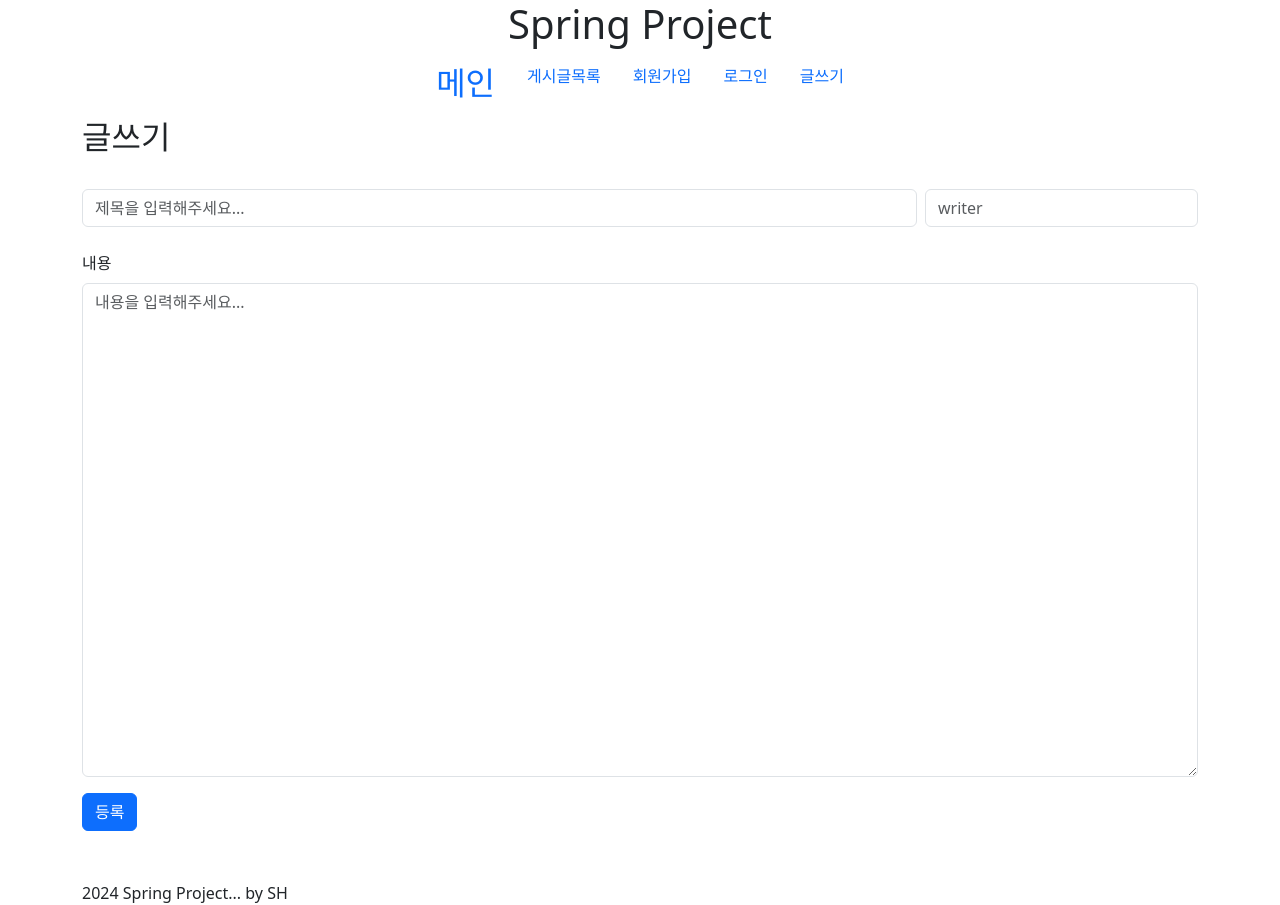
Repository: dtkd19/spring_personal_project
Page: http://localhost/myproject/WEB-INF/views/board/register.jsp
The author's editor kept a copy of each file at every save. The page is drawn from the files as they stood at one save, then again after the next save.
The browser window is 1280 px wide. The pictures show the whole page.
The page is served by Tomcat 9. Nobody is signed in. Other server files are loaded and not shown. The template is opened directly, without the code that normally fills it, so the values that code supplies are empty.

Above is the page before, as saved 2024-11-07 02:08:27.

### myproject/src/main/webapp/WEB-INF/views/board/register.jsp
<%@ page language="java" contentType="text/html; charset=UTF-8"
	pageEncoding="UTF-8"%>
<%@ taglib uri="http://java.sun.com/jsp/jstl/core" prefix="c"%>

<jsp:include page="../layout/header.jsp" />

<div class="container-md">
	<h2>글쓰기</h2> <br>
	<form action="/board/register" method="post">
		<div class="row g-2">
		  <div class="col-sm-9">
		   <input type="text"class="form-control" id="t" name="title" placeholder="제목을 입력해주세요...">
		  </div>
		  <div class="col-sm">
		    <input type="text" class="form-control" id="w" name="writer" placeholder="writer">
		  </div>
		</div>
		<div class="mb-3">
		<br>
			<label for="c" class="form-label">내용</label>
			<textarea class="form-control" id="c" rows="20" cols="5" name="content" placeholder="내용을 입력해주세요..."></textarea>
		</div>
		<button type="submit" class="btn btn-primary" id="regBtn">등록</button>
	</form>

</div>

<jsp:include page="../layout/footer.jsp" />

### myproject/src/main/webapp/WEB-INF/views/layout/header.jsp
<%@ page language="java" contentType="text/html; charset=UTF-8"
    pageEncoding="UTF-8"%><%@ taglib uri="http://java.sun.com/jsp/jstl/core" prefix="c"%>
<!DOCTYPE html>
<html>
<head>
<meta charset="UTF-8">
<title>header.jsp</title>
<link href="https://cdn.jsdelivr.net/npm/bootstrap@5.3.3/dist/css/bootstrap.min.css" rel="stylesheet" integrity="sha384-QWTKZyjpPEjISv5WaRU9OFeRpok6YctnYmDr5pNlyT2bRjXh0JMhjY6hW+ALEwIH" crossorigin="anonymous">
<script src="https://cdn.jsdelivr.net/npm/bootstrap@5.3.3/dist/js/bootstrap.bundle.min.js" integrity="sha384-YvpcrYf0tY3lHB60NNkmXc5s9fDVZLESaAA55NDzOxhy9GkcIdslK1eN7N6jIeHz" crossorigin="anonymous"></script>
</head>
<body>
<div class="container-md">
<h1 style="text-align: center;">
	Spring Project
</h1>
<ul class="nav justify-content-center">
  <li class="nav-item">
    <h2><a class="nav-link active" aria-current="page" href="/">메인</a></h2>
  </li>
  <li class="nav-item">
    <a class="nav-link" href="/board/list">게시글목록</a>
  </li>
  <li class="nav-item">
    <a class="nav-link" href="#">회원가입</a>
  </li>
  <li class="nav-item">
    <a class="nav-link" href="#">로그인</a>
  </li>
  <li class="nav-item">
    <a class="nav-link" href="/board/register">글쓰기</a>
  </li>
</ul>




</div>
</body>
</html>

### myproject/src/main/webapp/WEB-INF/views/layout/footer.jsp
<%@ page language="java" contentType="text/html; charset=UTF-8"
    pageEncoding="UTF-8"%>
<%@ taglib uri="http://java.sun.com/jsp/jstl/core" prefix="c"%>

	<div class="container-md">
		<div style= "vertical-align: middle; margin-top: 50px" >
		2024 Spring Project... by SH
		</div>
	</div>
</body>
</html>

After the next save:
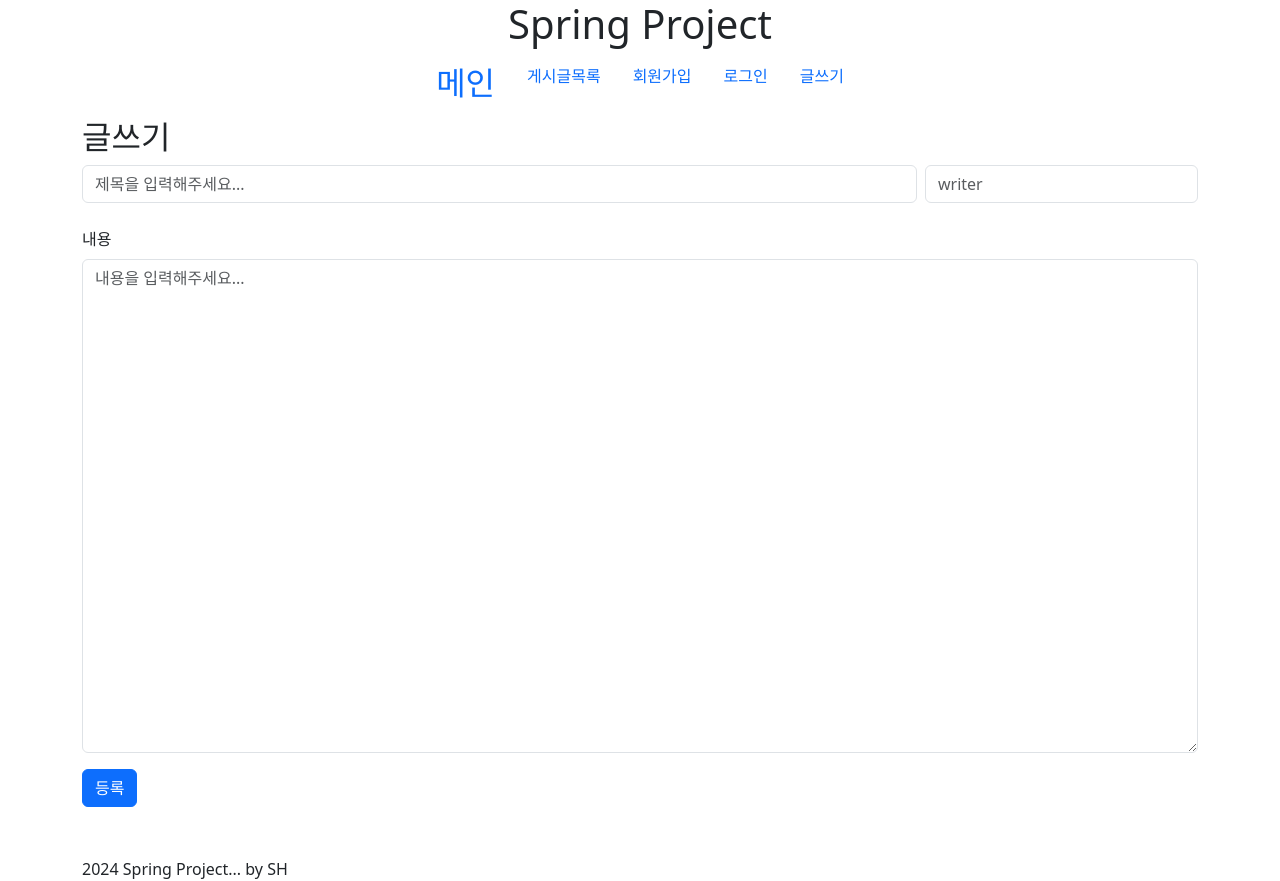
Saved 20 s later.
--- a/myproject/src/main/webapp/WEB-INF/views/board/register.jsp
+++ b/myproject/src/main/webapp/WEB-INF/views/board/register.jsp
@@ -5,7 +5,7 @@
 <jsp:include page="../layout/header.jsp" />
 
 <div class="container-md">
-	<h2>글쓰기</h2> <br>
+	<h2>글쓰기</h2>
 	<form action="/board/register" method="post">
 		<div class="row g-2">
 		  <div class="col-sm-9">
